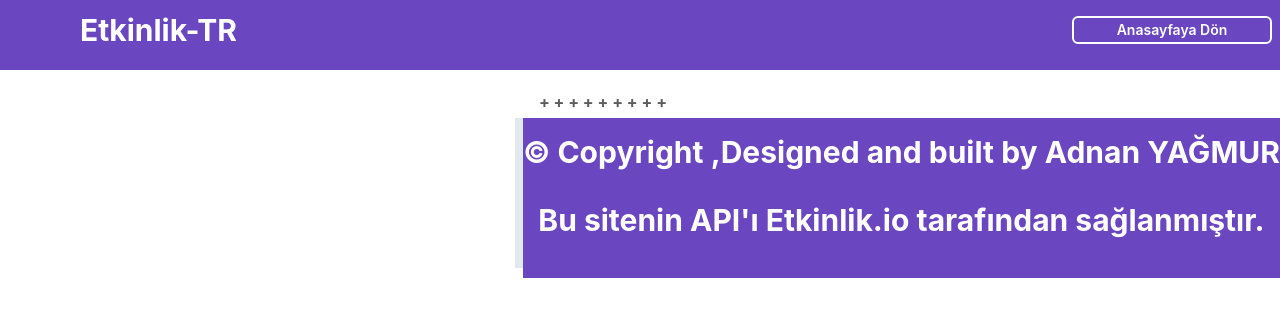
Repository: adnanyagmur/EtsTur-FrontEnd-Hiring-Challange
Page: /detailPage
The author's editor kept a copy of each file at every save. The page is drawn from the files as they stood at one save, then again after the next save.
The browser window is 1280 px wide. The pictures show the whole page.
The project was rebuilt for these pictures with package versions that can differ from the ones it lists, and the page was loaded fresh each time. Also part of the build but not shown: src/index.css, src/components/eventList/EventList.jsx, src/components/hompage/HomePage.jsx, src/pastApi/json.js, src/components/pastEventList/PastList.jsx.

Above is the page before, as saved 2022-06-21 21:54:38.

After the next save:
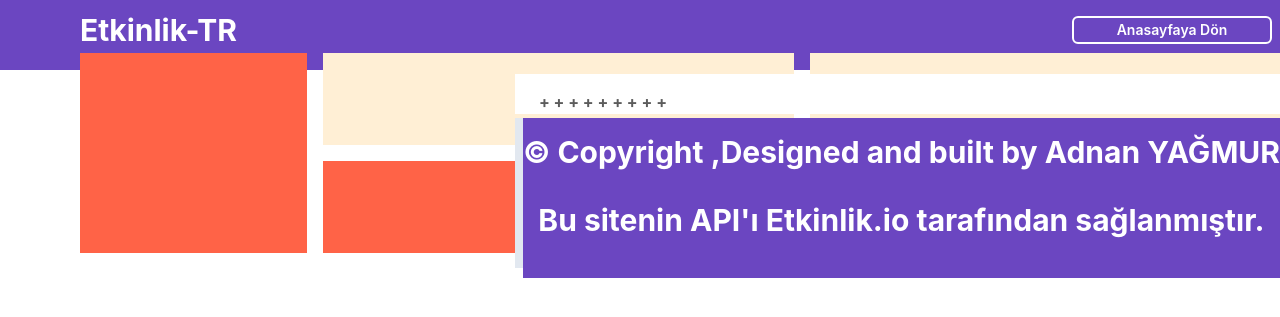
Saved 3 min 14 s later.
--- a/src/components/detailPage/DetailPage.jsx
+++ b/src/components/detailPage/DetailPage.jsx
@@ -53,7 +53,17 @@ const DetailPage= ()=> {
                Anasayfaya Dön
               </Button>
             </SimpleGrid>
-
+            <Grid
+  h='200px'
+  templateRows='repeat(2, 1fr)'
+  templateColumns='repeat(5, 1fr)'
+  gap={4}
+>
+  <GridItem rowSpan={2} colSpan={1} bg='tomato' />
+  <GridItem colSpan={2} bg='papayawhip' />
+  <GridItem colSpan={2} bg='papayawhip' />
+  <GridItem colSpan={4} bg='tomato' />
+</Grid>
 
           </GridItem>
 
